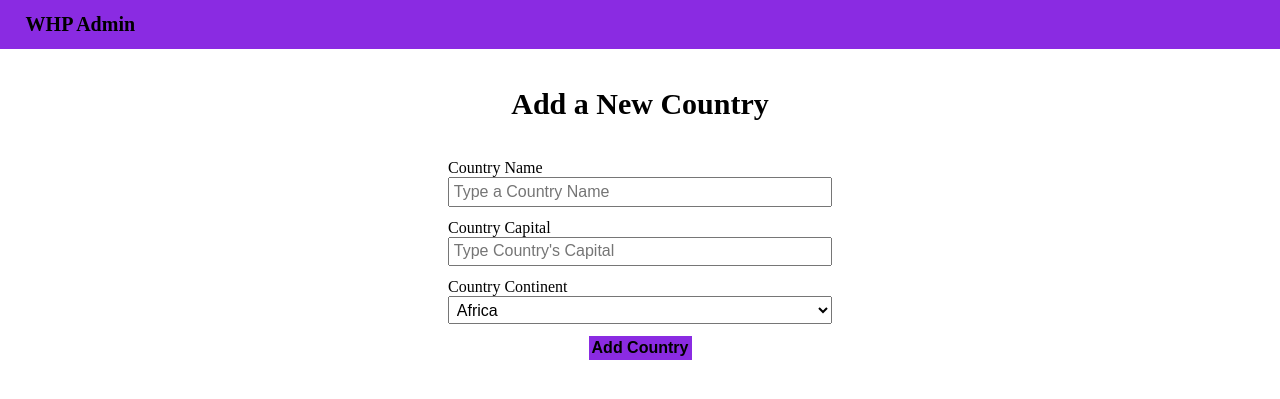
Repository: sabinaPetrisor/World_Hour_Project
Page: http://localhost/WorldHourProject/jsp/edit-country.jsp
These files come from the project's save history. The page is drawn as it stood at one moment and after the next save; the edit follows.
The browser window is 1280 px wide. The pictures show the whole page.
Some web libraries are served in a nearby version. The page is served by Tomcat 9. Other server files are loaded and not shown.

Above is the page before, as saved 2023-08-09 07:44:33.

### WorldHourProject/src/main/webapp/jsp/edit-country.jsp
<%@ page language="java" contentType="text/html; charset=UTF-8"
    pageEncoding="UTF-8"%>
<%@page import="worldhourproject.controller.WHPView"%>
<!DOCTYPE html>
<html>
<head>
	<meta name="viewport" content="width=device-width, initial-scale=1" charset="UTF-8">
	<title>World Hour Project Add Country</title>
	<style> <%@include file="../css/navbar.css" %> </style>
	<style> <%@include file="../css/admin.css" %> </style>
	<style> <%@include file="../css/add-page-admin.css" %> </style>
</head>
<body>
	<%@include file="navbar.jsp" %>

	<div class="content-container">
		<p class="content-container-title">Add a New Country</p>
		<div class="add-form-container">
			<form class="add-form" action="<%=WHPView.AddCountryServlet %>" method="post">
				<label for="cname">Country Name</label>
				<input type="text" placeholder="Type a Country Name" class="insert-text" id="cname" name="cname">
				<label for="ccapital">Country Capital</label>
				<input type="text" placeholder="Type Country's Capital" class="insert-text" id="ccapital" name="ccapital">
				<label for="ccontinent">Country Continent</label>
				<select class="option-selection" id="ccontinent" name="ccontinent">
					<option value="Africa" selected>Africa</option>
					<option value="America">America</option>
					<option value="Asia">Asia</option>
					<option value="Atlantic">Atlantic</option>
					<option value="Australia">Australia</option>
					<option value="Europe">Europe</option>
					<option value="Indian">Indian</option>
					<option value="Pacific">Pacific</option>
				</select>
				<div class="btn-container">
					<button type="submit" class="add-button" id="add-button">Add Country</button>
				</div>
			</form>
		</div>
		<div id="successful-db-insertion">
			<script type="text/javascript" src="//ajax.googleapis.com/ajax/libs/jquery/1.5.1/jquery.js"></script>
			<script type="text/javascript"><%@include file="../javascript/dropdown-list-selection.js" %></script>
		</div>
	</div>
</body>
</html>

### WorldHourProject/src/main/webapp/css/navbar.css
.header-container {
	position: relative;
	width: 100%;
	background-color: blueviolet;
	display: flex;
}

.header-title {
	padding-top: 1%;
	padding-bottom: 1%;
	margin-left: 2%;
	margin-right: 2%;
}

.home-page-title {
	font-size: 20px;
	font-weight: bold;
	width: auto;
}

.home-page-title:hover {
	color: cadetblue;
	cursor: pointer;
}

### WorldHourProject/src/main/webapp/css/admin.css
@charset "UTF-8";
* {
	margin: 0;
	width: 100%;
}

.content-container {
	margin-top: 3%;
}

.content-container-title {
	text-align: center;
	font-size: 30px;
	font-weight: bold;
	margin-bottom: 3%;
}

.btn-container {
	display: flex;
	justify-content: center;
}

.add-button {
	padding: 0.8%;
	margin-bottom: 3%;
	background-color: blueviolet;
	border: none;
	text-align: center;
	font-size: 1em;
	font-weight: bold;
	width:auto;
	cursor: pointer;
}

.tbl {
	margin: 0 auto;
	border-collapse: collapse;
	table-layout: fixed;
	width: 75%;
	/*width: auto;*/

}

.tbl-col-names {
	border: 2px solid blueviolet;
	background-color: blueviolet;
	height: 35px;
}

.tbl td, .tbl-col-names th {
	font-size: 1em;
  	border: 1px solid #dddddd;
  	text-align: center;
  	/*width: auto;
  	white-space:nowrap;*/
}

.tbl tr:nth-child(even) {
  background-color: #dddddd;
}

.edit-del-btns {
	display: flex;
	justify-content: center;

}

.edit-button, .delete-button {
	border: none;
	text-align: center;
	font-size: 1em;
	font-weight: bold;
	width:auto;
	cursor: pointer;
	margin-left: 3%;
	margin-right: 3%;
}

.edit-button {
	background-color: blueviolet;
}

.delete-button {
	background-color: darkred;
}

### WorldHourProject/src/main/webapp/css/add-page-admin.css
@charset "UTF-8";
* {
	margin: 0;
	width: 100%;
}

.add-form-container {
	display: flex;
	justify-content: center;
}

.add-form {
	width: 30%;
}

.insert-text, .option-selection {
	margin-bottom: 3%;
	padding: 1%;
	box-sizing: border-box;
	border: 2% solid palevioletred;
	font-size: 1em;
}

### WorldHourProject/src/main/webapp/jsp/navbar.jsp
<%@page import="worldhourproject.controller.WHPView"%>

<div class="header-container">
	<div class="header-title">
		<span class="home-page-title" onclick="window.location.href='<%=WHPView.AdminPage%>'">WHP Admin</span>
	</div>
</div>

### WorldHourProject/src/main/webapp/javascript/dropdown-list-selection.js
$(document).ready(function() {
	$('#add-button').click(function(e) {
		var countryName = $('#cname').val();
		var capitalName = $('#ccapital').val();
		var continentName = $('#ccontinent option:selected').val();

		$.ajax({
			type: 'post',
			url: "<%=WHPView.AddCountryServlet %>",
			data: {
				cname: countryName,
				ccapital: capitalName,
				ccontinent: continentName
				},
			success: function(msg) {
				$('#successful-db-insertion').text(msg);
				window.location = "<%=WHPView.AdminPage %>";
			}
		})
		e.preventDefault();

	})
});

After the next save:
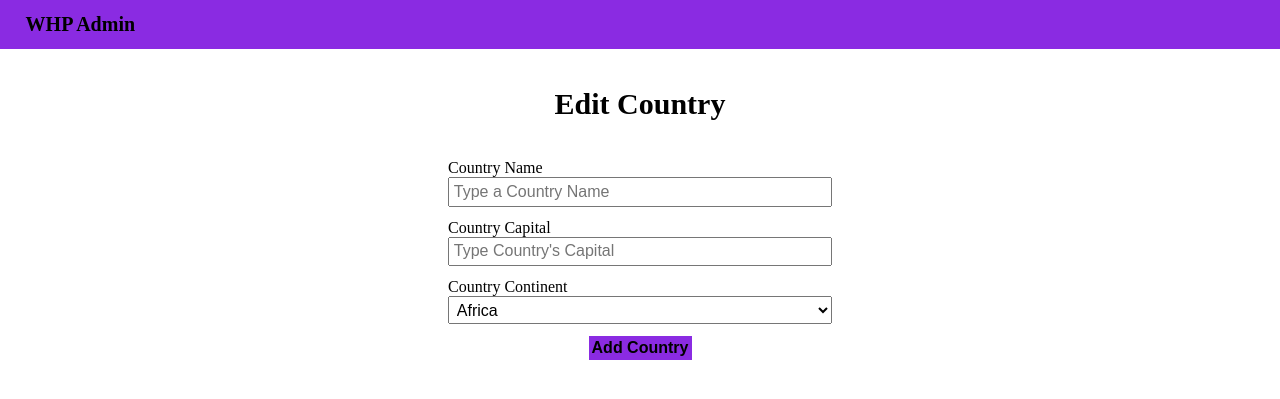
Saved 14 s later.
--- a/WorldHourProject/src/main/webapp/jsp/edit-country.jsp
+++ b/WorldHourProject/src/main/webapp/jsp/edit-country.jsp
@@ -14,7 +14,7 @@
 	<%@include file="navbar.jsp" %>
 
 	<div class="content-container">
-		<p class="content-container-title">Add a New Country</p>
+		<p class="content-container-title">Edit Country</p>
 		<div class="add-form-container">
 			<form class="add-form" action="<%=WHPView.AddCountryServlet %>" method="post">
 				<label for="cname">Country Name</label>
